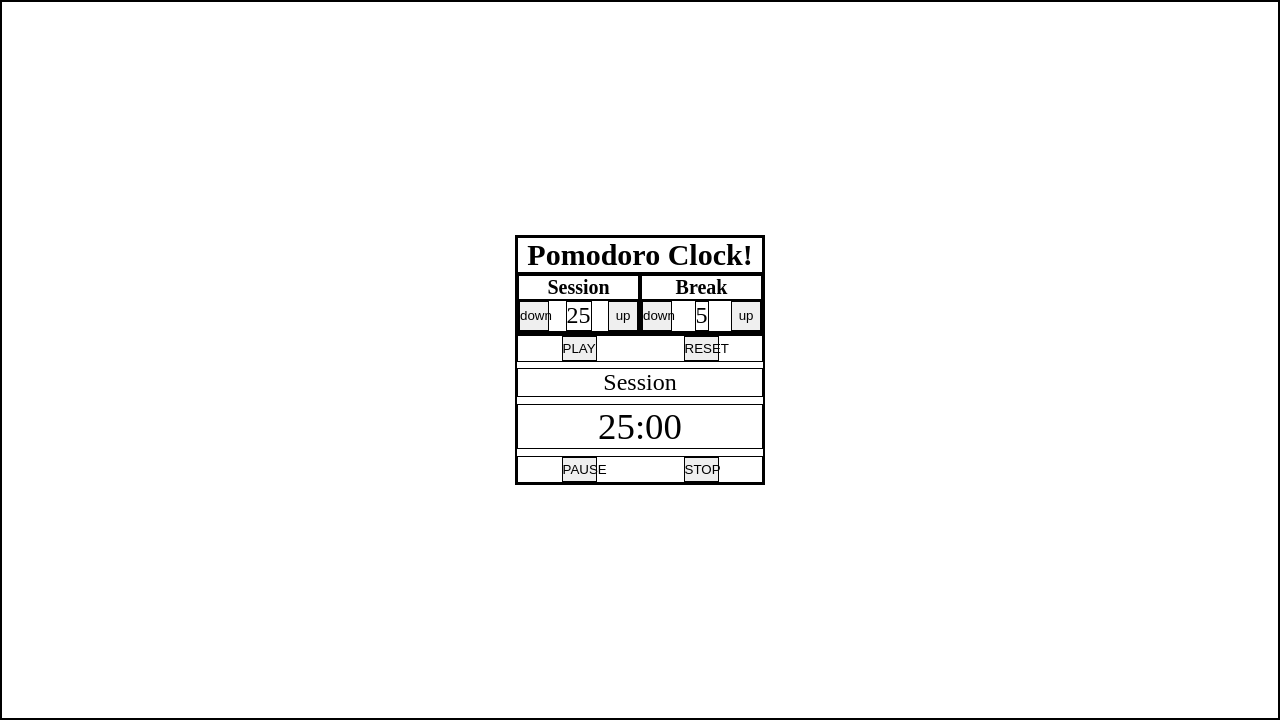
Repository: mcostigliola/pomodoroTimer
Page: index.html
The author's editor kept a copy of each file at every save. The page is drawn from the files as they stood at one save, then again after the next save.
The browser window is 1280 px wide. The pictures show the whole page.

Above is the page before, as saved 2020-06-07 11:48:22.

After the next save:
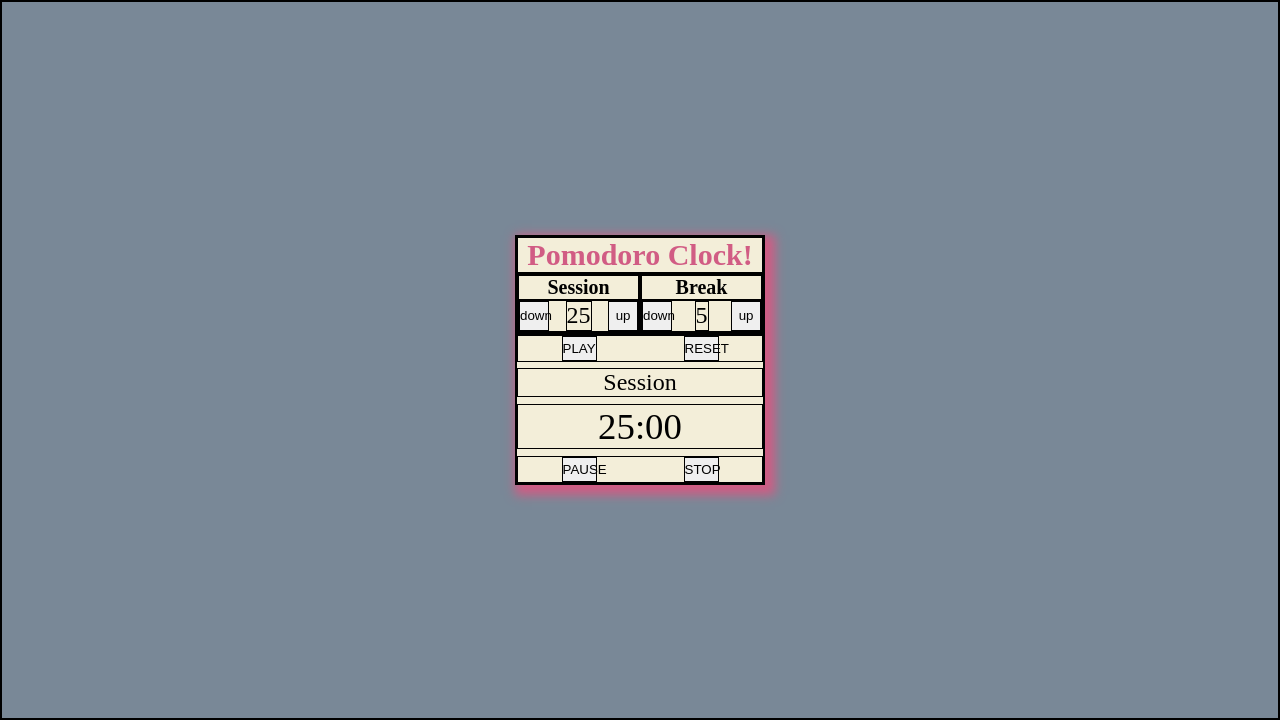
Saved 57 min 5 s later.
--- a/main.css
+++ b/main.css
@@ -1,3 +1,9 @@
+:root{
+    --bg-color: #798897;
+    --main-color: #f3eed9;
+    --icon-color: #d15c84;
+}
+
 *{
     border: 1px solid black;
     box-sizing: border-box;
@@ -7,6 +13,7 @@
 
 html{
     height: 100%;
+    background-color: var(--bg-color);
 }
 
 body{
@@ -15,11 +22,14 @@ body{
     height: 100%;
 }
 
-button{
-
+i{
+    color: var(--icon-color);
+    width: 100%;
 }
 
 #main-container{
+    background-color: var(--main-color);
+    box-shadow:5px 5px 10px 5px var(--icon-color);
     display: flex;
     flex-flow: column;
     height: 250px;
@@ -60,6 +70,7 @@ button{
 }
 
 #title-watch p{
+    color: var(--icon-color);
     flex-grow: 1;
     font-size: 30px;
     font-weight: bold;
